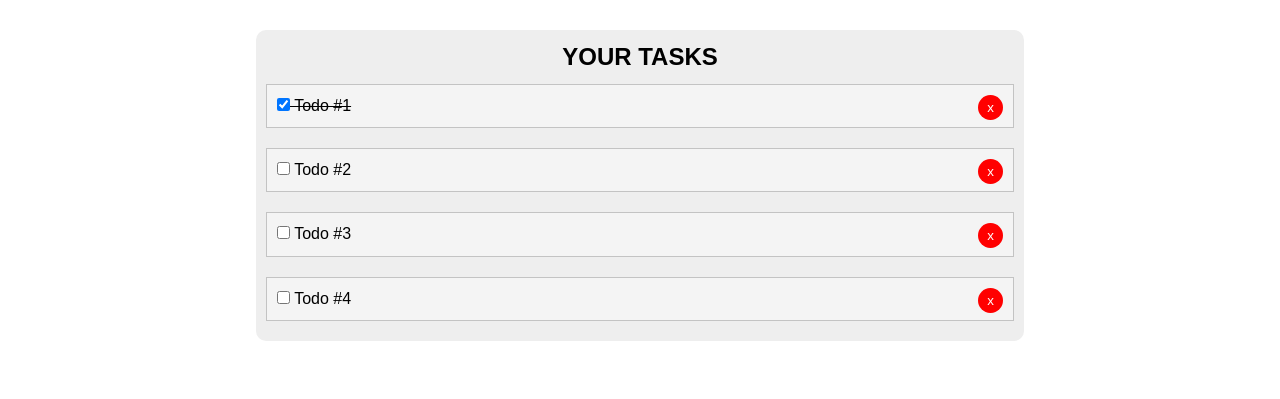
Repository: n0rthern-light/vuejs-taskmanager
Page: /
These files come from the project's save history. The page is drawn as it stood at one moment and after the next save; the edit follows.
The browser window is 1280 px wide. The pictures show the whole page.
The project was rebuilt for these pictures with package versions that can differ from the ones it lists, and the page was loaded fresh each time.

Above is the page before, as saved 2019-02-18 16:01:32.

After the next save:
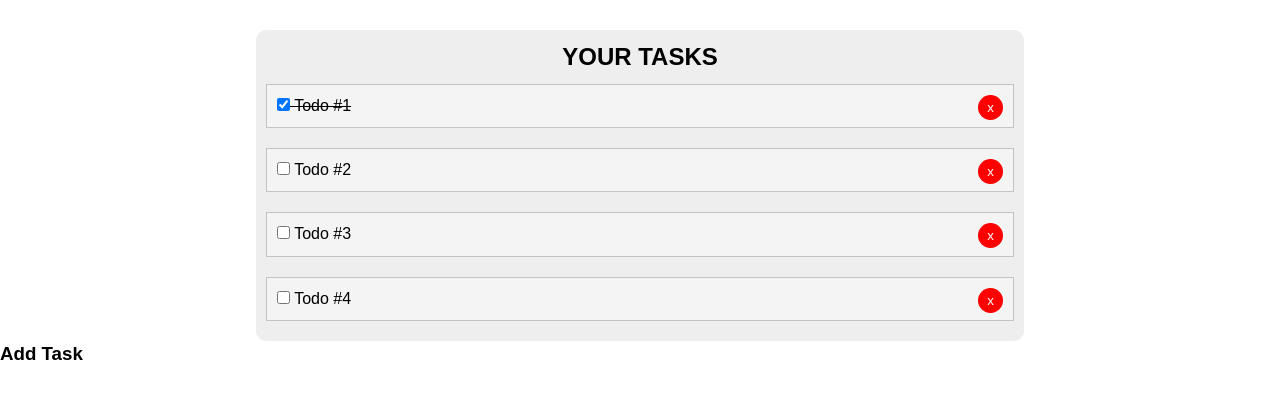
Saved 7 s later.
--- a/src/App.vue
+++ b/src/App.vue
@@ -2,6 +2,7 @@
   <div id="app">
     <h3>{{msg}}</h3>
     <Todos :todos="todos" v-on:del-todo="delTodo" v-on:update-array="updateArr"/>
+    <TodoAdd />
   </div>
 </template>
 
